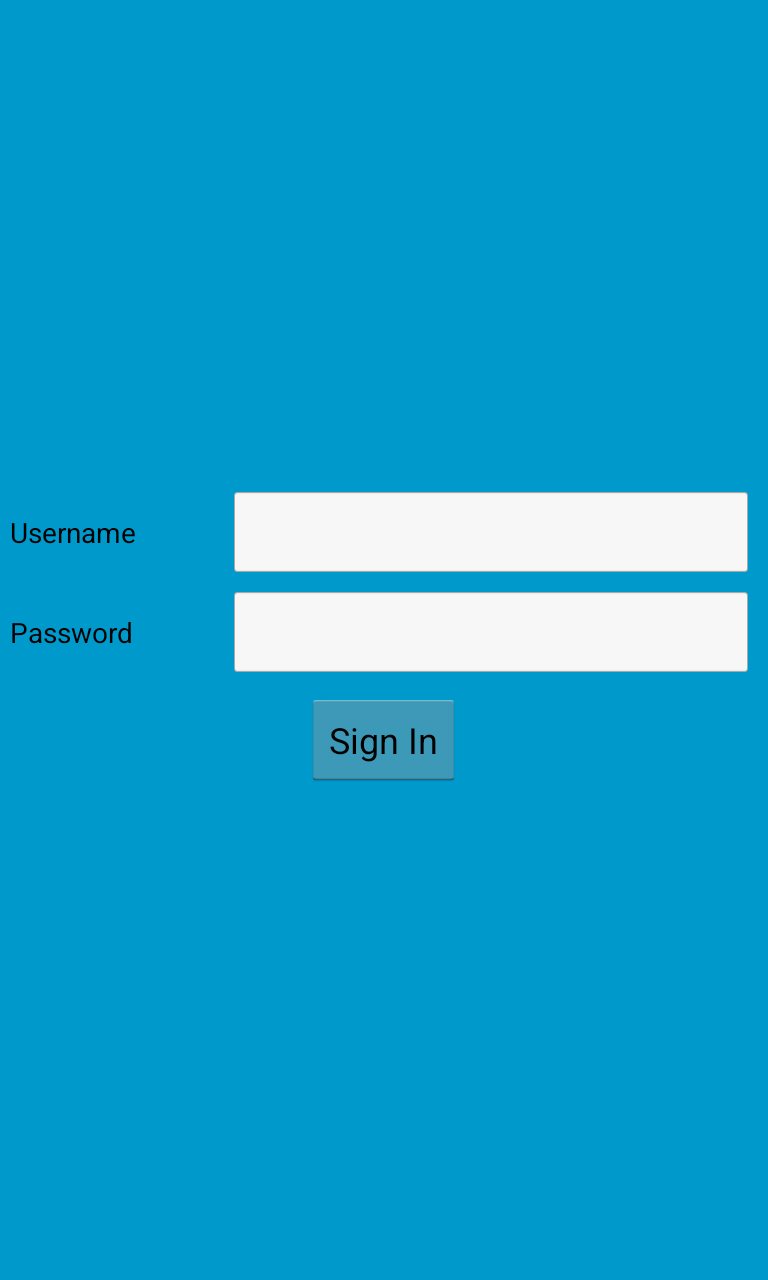
Repository: pankajk7/hotel_mockup
Layout: Hotel_MockUp/res/layout/login_layout.xml
These files come from the project's save history. The layout is drawn as it stood at one moment and after the next save; the edit follows.
It is drawn on a 768 x 1280 px phone screen (xhdpi) without system bars, with theme AppTheme; the app's code is not run.

Above is the layout before, as saved 2014-11-05 11:49:28.

After the next save:
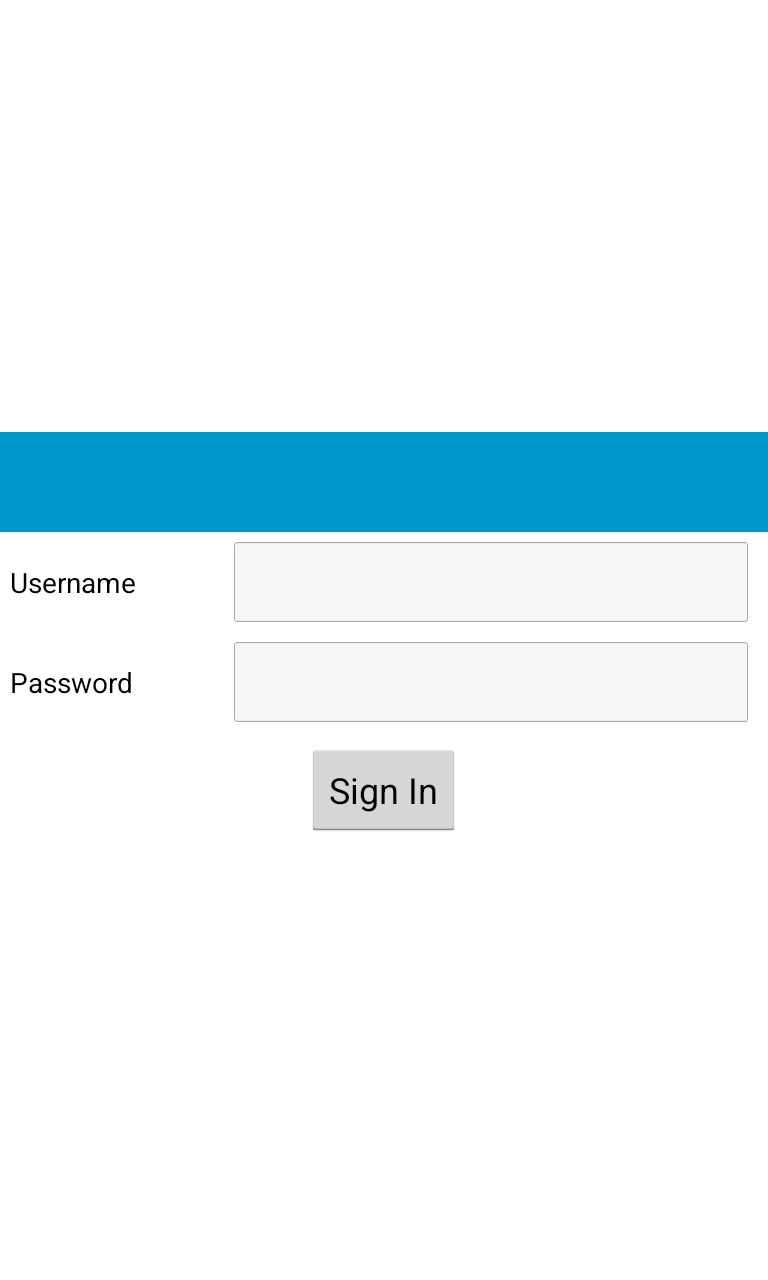
Saved 2 min 40 s later.
--- a/Hotel_MockUp/res/layout/login_layout.xml
+++ b/Hotel_MockUp/res/layout/login_layout.xml
@@ -4,10 +4,15 @@
     android:layout_height="fill_parent"
     android:orientation="vertical"
     android:gravity="center"
-    android:background="@color/lightBlue">
+    android:background="#fff">
 
 
+    <LinearLayout
+                android:layout_width="match_parent"
+                android:layout_height="50dp"
+                android:background="@color/lightBlue">
 
+    </LinearLayout>
      <LinearLayout
                 android:layout_width="match_parent"
                 android:layout_height="wrap_content"
